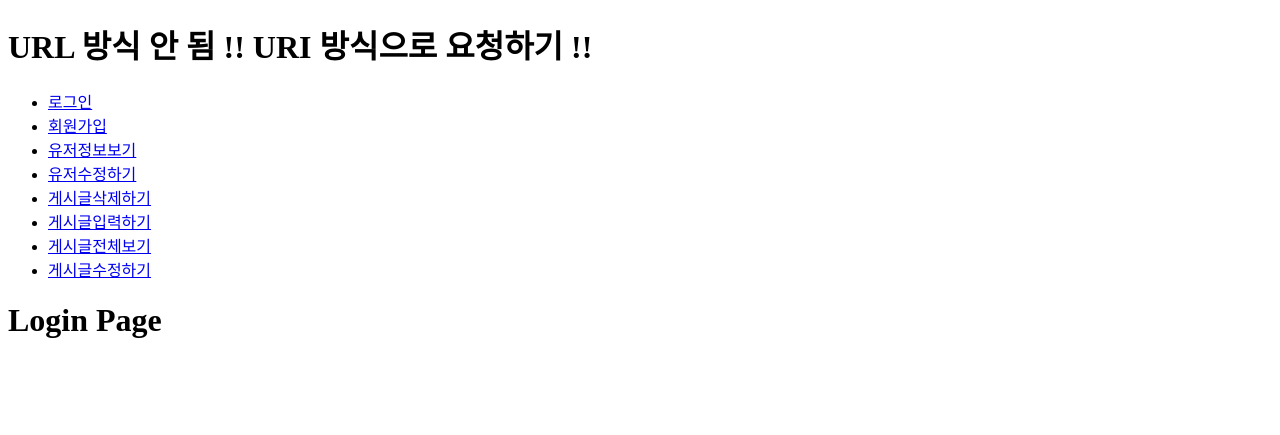
Repository: iron-ee/JSP
Page: http://localhost/hello/auth/login.jsp
An editor plug-in stored every save of this project. The page is shown before and after the next save, followed by the edit.
The browser window is 1280 px wide. The pictures show the whole page.
The page is served by Tomcat 9.

Above is the page before, as saved 2020-12-22 01:51:40.

After the next save:
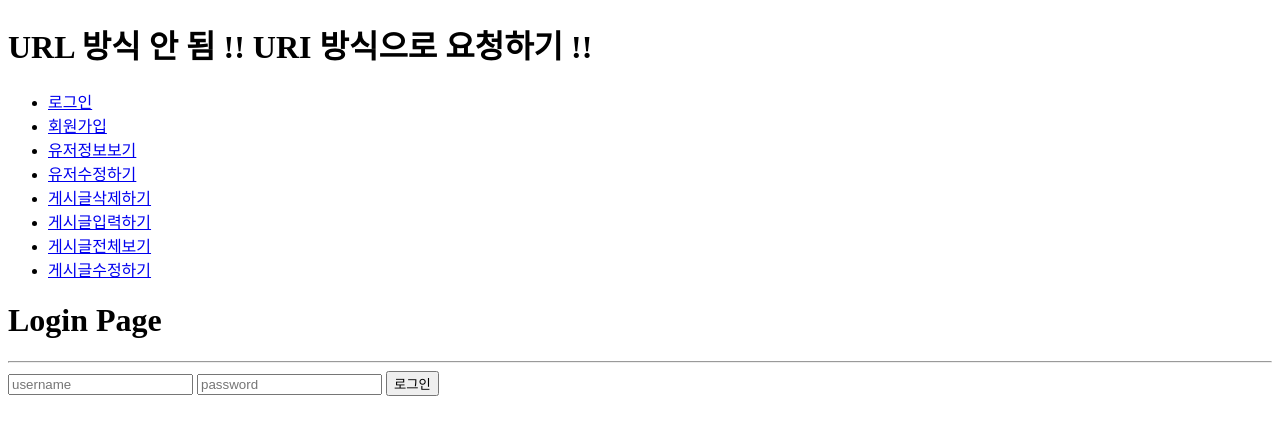
Saved 28 min 29 s later.
--- a/hello/WebContent/auth/login.jsp
+++ b/hello/WebContent/auth/login.jsp
@@ -2,5 +2,11 @@
     pageEncoding="UTF-8"%>
 <%@ include file = "../layout/header.jsp" %>
 <h1>Login Page</h1>
+<hr/>
+<form action = "/hello/user?gubun=loginProc" method = "post">
+	<input type = "text" name = "username" placeholder = "username" />
+	<input type = "password" name = "password" placeholder = "password" />
+	<button>로그인</button>
+</form>
 </body>
 </html>
